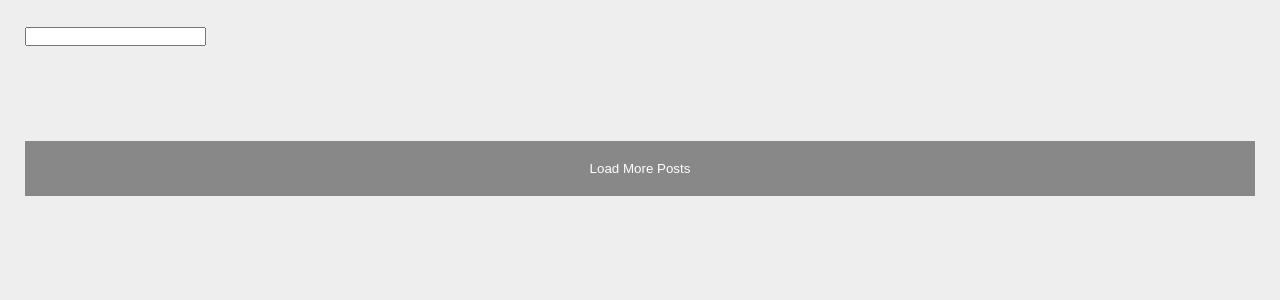
Repository: anderfmelo/temp-repo
Page: /
The author's editor kept a copy of each file at every save. The page is drawn from the files as they stood at one save, then again after the next save.
The browser window is 1280 px wide. The pictures show the whole page.
The page's requests for data from a server got no answer. The project was rebuilt for these pictures with package versions that can differ from the ones it lists, and the page was loaded fresh each time. No one was signed in, and anything a server would have sent is missing. Also part of the build but not shown: src/components/PostCard/styles.css, src/components/PostCard/index.jsx.

Above is the page before, as saved 2022-04-20 14:20:14.

### public/index.html
<!DOCTYPE html>
<html lang="en">
  <head>
    <meta charset="utf-8" />
    <link rel="icon" href="%PUBLIC_URL%/favicon.ico" />
    <meta name="viewport" content="width=device-width, initial-scale=1" />
    <meta name="theme-color" content="#000000" />
    <meta
      name="description"
      content="Web site created using create-react-app"
    />
    <link rel="apple-touch-icon" href="%PUBLIC_URL%/logo192.png" />
    <!--
      manifest.json provides metadata used when your web app is installed on a
      user's mobile device or desktop. See https://developers.google.com/web/fundamentals/web-app-manifest/
    -->
    <link rel="manifest" href="%PUBLIC_URL%/manifest.json" />
    <!--
      Notice the use of %PUBLIC_URL% in the tags above.
      It will be replaced with the URL of the `public` folder during the build.
      Only files inside the `public` folder can be referenced from the HTML.

      Unlike "/favicon.ico" or "favicon.ico", "%PUBLIC_URL%/favicon.ico" will
      work correctly both with client-side routing and a non-root public URL.
      Learn how to configure a non-root public URL by running `npm run build`.
    -->
    <title>React App</title>
  </head>
  <body>
    <noscript>You need to enable JavaScript to run this app.</noscript>
    <div id="root"></div>
    <!--
      This HTML file is a template.
      If you open it directly in the browser, you will see an empty page.

      You can add webfonts, meta tags, or analytics to this file.
      The build step will place the bundled scripts into the <body> tag.

      To begin the development, run `npm start` or `yarn start`.
      To create a production bundle, use `npm run build` or `yarn build`.
    -->
  </body>
</html>

### src/index.js
import React from 'react';
import ReactDOM from 'react-dom/client';
import './styles/global-styles.css';

import Home from './templates/Home';

const root = ReactDOM.createRoot(document.getElementById('root'));
root.render(
  <React.StrictMode>
    <Home />
  </React.StrictMode>
);

### src/templates/Home/index.jsx
import "./styles.css";

import { Component } from "react";

import { loadPosts } from "../../utils/load-posts";
import { Posts } from "../../components/Posts";
import { Button } from "../../components/Button";

export class Home extends Component {
  state = {
    posts: [],
    allPosts: [],
    page: 0,
    postsPerPage: 10,
    searchValue: "",
  };

  async componentDidMount() {
    await this.loadPosts();
  }

  loadPosts = async () => {
    const { page, postsPerPage } = this.state;

    const postsAndPhotos = await loadPosts();
    this.setState({
      posts: postsAndPhotos.slice(page, postsPerPage),
      allPosts: postsAndPhotos,
    });
  };

  loadMorePosts = () => {
    const { page, postsPerPage, allPosts, posts } = this.state;

    const nextPage = page + postsPerPage;
    const nextPosts = allPosts.slice(nextPage, nextPage + postsPerPage);
    posts.push(...nextPosts);

    this.setState({ posts, page: nextPage });
  };

  handleChange = (e) => {
    const { value } = e.target;
    this.setState({ searchValue: value });
  };

  render() {
    const { posts, page, postsPerPage, allPosts, searchValue } = this.state;
    const noMorePosts = page + postsPerPage >= allPosts.length;

    return (
      <section className="container">
        <input onChange={this.handleChange} value={searchValue} type="search" />
        <br />
        <br />
        <br />
        <Posts posts={posts} />
        <div className="button-container">
          <Button
            text="Load More Posts"
            quandoClica={this.loadMorePosts}
            disabled={noMorePosts}
          />
        </div>
      </section>
    );
  }
}

export default Home;

### src/templates/Home/styles.css
.container {
  min-height: 100vh;
  background: #eee;
  padding: 25px;
}

.button-container {
  min-height: 110px;
  display: flex;
  align-items: flex-end;
}

### src/utils/load-posts.js
export const loadPosts = async () => {
    const postsResponse = fetch(
        'https://jsonplaceholder.typicode.com/posts');

    const photosResponse = fetch(
        'https://jsonplaceholder.typicode.com/photos');

    const [posts, photos] = await Promise.all(
        [postsResponse, photosResponse]);

    const postsJson = await posts.json();
    const photosJson = await photos.json();

    const postsAndPhotos = postsJson.map((post, index) => {
        return { ...post, cover: photosJson[index].url }
    });

    return postsAndPhotos;
}

### src/components/Posts/index.jsx
import "./styles.css";

import { PostCard } from "../PostCard";

export const Posts = ({ posts }) => (
  <div className="posts">
    {posts.map((post) => (
      <PostCard
        key={post.id}
        title={post.title}
        body={post.body}
        id={post.id}
        cover={post.cover}
      />
    ))}
  </div>
);

### src/components/Button/index.jsx
import "./styles.css";

import { Component } from "react";

export class Button extends Component {
  render() {
    const { text, quandoClica, disabled } = this.props;

    return (
      <button className="button" onClick={quandoClica} disabled={disabled}>
        {text}
      </button>
    );
  }
}

### src/components/Posts/styles.css
.posts {
    display: grid;
    grid-template-columns: repeat(
      auto-fill, minmax(280px, 1fr));
      gap: 30px;
  }

### src/components/Button/styles.css
.button {
    width: 100%;
    background: darkblue;
    color: white;
    border: none;
    padding: 20px 30px;
    cursor: pointer;
    transition: transform 0.6s ease-in-out;
    transition: box-shadow 0.2s ease-in-out;
}

.button:disabled {
    background: #888;
    cursor: not-allowed;
}

button:hover{
    transform: scale(1.05);
    background: white;
    color: darkblue;
}

.button:disabled:hover{
    transform: scale(1.05);
    color: red;
}

Loaded but not shown: src/styles/global-styles.css (common file)

After the next save:
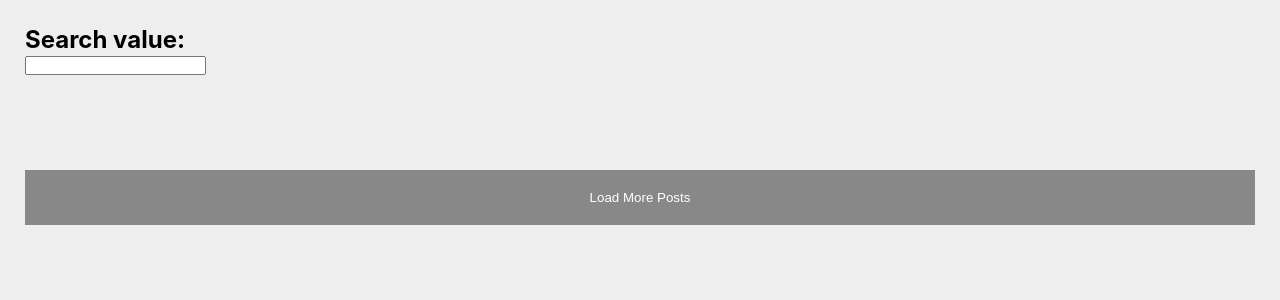
Saved 17 min 55 s later.
--- a/src/templates/Home/index.jsx
+++ b/src/templates/Home/index.jsx
@@ -50,6 +50,7 @@ export class Home extends Component {
 
     return (
       <section className="container">
+        <h1>Search value: {searchValue}</h1>
         <input onChange={this.handleChange} value={searchValue} type="search" />
         <br />
         <br />
